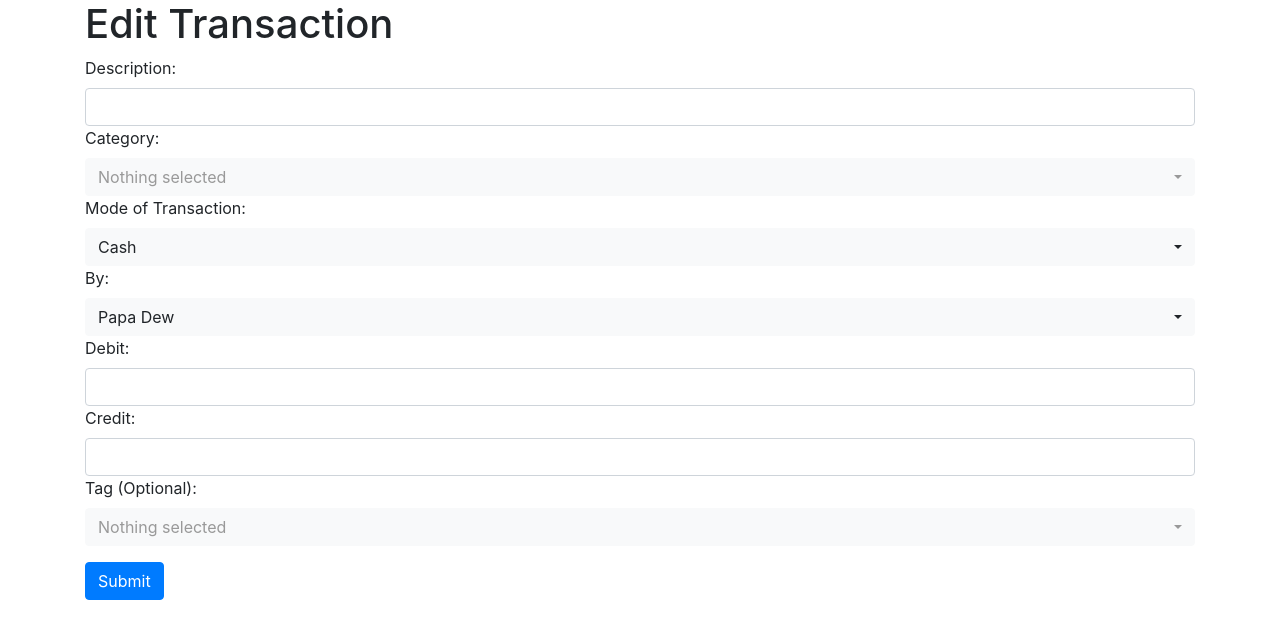
Repository: yucheng91/CI3-expenses-manager
Page: http://localhost/view-all/edit/1
The author's editor kept a record of every edit. The page is drawn from the files as they stood at one moment, then again after the next edit.
The browser window is 1280 px wide. The pictures show the whole page.
The page is served by the project's application, run on Flask 3 (app.py). The database holds what the project's SQL file puts in it.

Above is the page before.

### templates/edit_transaction.html
<!doctype html>
<html lang="en">

<head>
  <!-- Required meta tags -->
  <meta charset="utf-8">
  <meta name="viewport" content="width=device-width, initial-scale=1, shrink-to-fit=no">

  <!-- Bootstrap CSS -->
  <link rel="stylesheet" href="https://stackpath.bootstrapcdn.com/bootstrap/4.3.1/css/bootstrap.min.css" integrity="sha384-ggOyR0iXCbMQv3Xipma34MD+dH/1fQ784/j6cY/iJTQUOhcWr7x9JvoRxT2MZw1T" crossorigin="anonymous">
  <!-- Latest compiled and minified CSS -->
  <link rel="stylesheet" href="https://cdn.jsdelivr.net/npm/bootstrap-select@1.13.10/dist/css/bootstrap-select.min.css">

  <title>Hello, world!</title>
</head>

<body>
  <div class="container">
    <h1>Edit Transaction</h1>
    <form method='post'>
      <class='form-group'>
        <label class='label'>
                      Description:
                  </label>
        <input type='text' class='form-control' name='transaction' value="{{ transaction['description'] }}">
        <label class='label'>
                      Category:
                  </label>
        <select name='category' class='form-control selectpicker' data-live-search="true">
                          <option selected="{{ transaction['categoriesid'] }}"></option>
                          {%for d in categories%}
                          <option value='{{ d['id'] }}' {%if d['id'] == categoriesid %} selected='{{ transaction['categoriesid'] }}'{%endif%}>{{ d['name'] }}</option>
                               {%endfor%}
                      </select>
        <label class='label'>
                      Mode of Transaction:
                  </label>
        <select name='mode' class='form-control selectpicker' data-live-search="true" value="{{ transaction['modeid'] }}">
                  {%for d in mode %}
                  <option value='{{ d['id'] }}' {%if d['id'] == modeid %} selected='selected'{%endif%}>{{ d['name'] }}</option>
                       {%endfor%}
              </select>
        <label class='label'>
                      By:
                  </label>
        <select name='by' class='form-control selectpicker' data-live-search="true" value="{{ transaction['accountid'] }}">
                  {%for d in account %}
                  <option value='{{ d['id'] }}' {%if d['id'] == accountid %} selected='selected'{%endif%}>{{ d['name'] }}</option>
                       {%endfor%}
              </select>
        <label class='label'>
                      Debit:
                  </label>
        <input type='text' class='form-control' name='debit' value="{{ transaction['debit'] }}">
        </class>
        <label class='label'>
                      Credit:
                  </label>
        <input type='text' class='form-control' name='credit' value="{{ transaction['credit'] }}">
        </class>
                <label class='tag'>
                      Tag (Optional):
                  </label>
        <select name='tag' class='form-control selectpicker' Multiple data-live-search="true">
                  {%for d in tag %}
                  <option value='{{ d['id'] }}' {%if d['id'] == accountid %}selected='selected'{%endif%}>{{ d['name'] }}</option>
                       {%endfor%}
              </select>
        <input type='submit' class='btn btn-primary mt-3'>
    </form>
  </div>

  <!-- Optional JavaScript -->
  <!-- jQuery first, then Popper.js, then Bootstrap JS -->
  <script src="https://code.jquery.com/jquery-3.3.1.slim.min.js" integrity="sha384-q8i/X+965DzO0rT7abK41JStQIAqVgRVzpbzo5smXKp4YfRvH+8abtTE1Pi6jizo" crossorigin="anonymous"></script>
  <script src="https://cdnjs.cloudflare.com/ajax/libs/popper.js/1.14.7/umd/popper.min.js" integrity="sha384-UO2eT0CpHqdSJQ6hJty5KVphtPhzWj9WO1clHTMGa3JDZwrnQq4sF86dIHNDz0W1" crossorigin="anonymous"></script>
  <script src="https://stackpath.bootstrapcdn.com/bootstrap/4.3.1/js/bootstrap.min.js" integrity="sha384-JjSmVgyd0p3pXB1rRibZUAYoIIy6OrQ6VrjIEaFf/nJGzIxFDsf4x0xIM+B07jRM" crossorigin="anonymous"></script>
  <!-- Latest compiled and minified JavaScript -->
  <script src="https://cdn.jsdelivr.net/npm/bootstrap-select@1.13.10/dist/js/bootstrap-select.min.js"></script>
</body>

</html>

### app.py
from flask import Flask, render_template, request, redirect, url_for
import os
import pymysql

connection = pymysql.connect(
    host='localhost', # IP address of the database; localhost means "the local machine"
    user="yucheng91",  #the mysql user
    password="coconuty", #the password for the user
    database="expenses" #the name of database we want to use
)

#if PHP doesn't show, perform $ sudo apt-get install --reinstall libapache2-mod-php7.2

app = Flask(__name__)

@app.route('/home')
def home():
    return render_template('index.html')

@app.route('/view-all')
def viewall():
    cursor = connection.cursor(pymysql.cursors.DictCursor)
    sql = "SELECT * FROM transaction JOIN categories ON transaction.categoriesid = categories.id JOIN mode ON transaction.modeid = mode.id JOIN account on transaction.accountid = account.id"
    cursor.execute(sql)
    results = []
    for r in cursor:
         results.append(r)

    sql = "SELECT SUM(debit) AS totaldebit FROM transaction"
    cursor.execute(sql)
    totaldebit = cursor.fetchone()

    sql = "SELECT SUM(credit) AS totalcredit FROM transaction"
    cursor.execute(sql)
    totalcredit = cursor.fetchone()

    sql = "SELECT (SELECT SUM(debit) AS sumdebit FROM transaction) - (SELECT SUM(credit) AS sumcredit FROM transaction) AS balance FROM transaction"
    cursor.execute(sql)
    balance = cursor.fetchone()

    return render_template('transaction_overview.html', data=results, totaldebit = totaldebit, totalcredit = totalcredit,balance=balance)

@app.route('/new-transaction/', methods=["GET"])
def addtransaction():

    cursor = connection.cursor(pymysql.cursors.DictCursor)
    sql = "SELECT * FROM mode"
    # fetch all genres and store it in a list
    cursor.execute(sql)
    mode = []
    for r in cursor:
        mode.append({
            'id' : r['id'],
            'name': r['mname']
        })

    # fetch all media type and store it in a list
    sql = "SELECT * FROM categories"
    cursor.execute(sql)
    categories = []
    for r in cursor:
        categories.append({
            'id':r['id'],
            'name': r['cname']
        })

    # fetch all media type and store it in a list
    sql = "SELECT * FROM account"
    cursor.execute(sql)
    account = []
    for r in cursor:
        account.append({
            'id':r['id'],
            'name': r['aname']
        })

    sql = "SELECT * FROM tag"
    cursor.execute(sql)
    tag = []
    for r in cursor:
        tag.append({
            'id':r['id'],
            'name': r['tname']
        })

    return render_template('new_transaction.html', mode=mode, categories=categories, account=account, tag=tag)

@app.route('/new-transaction/', methods=["POST"])
def process_addtransaction():
    transaction_name = request.form.get("transaction")
    category_name = request.form.get("category")
    mode_name = request.form.get("mode")
    by_name = request.form.get("by")
    debit_name = request.form.get("debit")
    if request.form.get("debit") == "":
        debit_name = "0"

    credit_name = request.form.get("credit")
    if request.form.get("credit") == "":
        credit_name = "0"

    cursor = connection.cursor(pymysql.cursors.DictCursor)

    sql = "INSERT INTO transaction (description,categoriesid,modeid,accountid,debit,credit) VALUE (%s,%s,%s,%s,%s,%s)"
    cursor.execute(sql,[transaction_name,category_name,mode_name,by_name,debit_name,credit_name])

    transactionid = cursor.lastrowid
    tagid = request.form.getlist("tag")
    for t in tagid:
        sql = "INSERT INTO transactiontag (transactionid,tagid) VALUE (%s,%s)"
        cursor.execute(sql,[transactionid,t])

    connection.commit()
    return redirect(url_for('viewall'))

# Edit transaction
@app.route('/view-all/edit/<id>')
def edit_transaction(id):

    cursor = connection.cursor(pymysql.cursors.DictCursor)
    sql = "SELECT * FROM transaction JOIN transactiontag ON transaction.id = transactiontag.transactionid JOIN tag ON transactiontag.tagid = tag.id WHERE transaction.id = {}".format(id)
    cursor.execute(sql)
    transaction = cursor.fetchone()

    sql = "SELECT * FROM mode"
    # fetch all genres and store it in a list
    cursor.execute(sql)
    mode = []
    for r in cursor:
        mode.append({
            'id' : r['id'],
            'name': r['mname']
        })

    sql = "SELECT * FROM categories"
    cursor.execute(sql)
    categories = []
    for r in cursor:
        categories.append({
            'id':r['id'],
            'name': r['cname']
        })

    sql = "SELECT * FROM account"
    cursor.execute(sql)
    account = []
    for r in cursor:
        account.append({
            'id':r['id'],
            'name': r['aname']
        })

    sql = "SELECT * FROM tag"
    cursor.execute(sql)
    tag = []
    for r in cursor:
        tag.append({
            'id':r['id'],
            'name': r['tname']
        })

    return render_template('edit_transaction.html', transaction = transaction, mode=mode, categories=categories, account=account, tag=tag)

@app.route('/view-all/edit/<id>', methods=['POST'])
def update_transaction(id):
    transaction_name = request.form.get("transaction")
    category_name = request.form.get("category")
    mode_name = request.form.get("mode")
    by_name = request.form.get("by")
    debit_name = request.form.get("debit")
    if request.form.get("debit") == "":
        debit_name = "0"

    credit_name = request.form.get("credit")
    if request.form.get("credit") == "":
        credit_name = "0"

    cursor = connection.cursor(pymysql.cursors.DictCursor)

    cursor.execute("UPDATE transaction SET description = '{}',categoriesid = '{}',modeid = '{}',accountid = '{}',debit = '{}',credit = '{}' WHERE id = {}".format(transaction_name,category_name,mode_name,by_name,debit_name,credit_name,id))

    connection.commit()
    return redirect(url_for('viewall'))

# "magic code" -- boilerplate
if __name__ == '__main__':
    app.run(host=os.environ.get('IP'),
            port=int(os.environ.get('PORT')),
            debug=True)

### database.sql (the tables this page reads)
CREATE TABLE `account` (
  `id` int(3) NOT NULL AUTO_INCREMENT,
  `aname` varchar(55) NOT NULL,
  `description` text NOT NULL,
  `createdAt` timestamp NOT NULL DEFAULT CURRENT_TIMESTAMP ON UPDATE CURRENT_TIMESTAMP,
  PRIMARY KEY (`id`)
) ENGINE=InnoDB AUTO_INCREMENT=4 DEFAULT CHARSET=latin1;

INSERT INTO `account` VALUES (1,'Papa Dew','Father of Dew\'s Family','2019-08-02 04:35:32'),(2,'Mama Dew','Mother of Dew\'s Family','2019-08-02 04:56:52'),(3,'Brother Dew','Brother of Dew\'s Family','2019-08-02 04:56:30');

CREATE TABLE `categories` (
  `id` int(3) NOT NULL AUTO_INCREMENT,
  `cname` varchar(55) CHARACTER SET utf8 NOT NULL,
  `description` text NOT NULL,
  `createdAt` timestamp NOT NULL DEFAULT CURRENT_TIMESTAMP ON UPDATE CURRENT_TIMESTAMP,
  PRIMARY KEY (`id`)
) ENGINE=InnoDB AUTO_INCREMENT=10 DEFAULT CHARSET=latin1;

INSERT INTO `categories` VALUES (1,'Personal','Personal private expenses','2019-08-02 04:57:58'),(2,'House','Housing expenses','2019-08-02 04:57:58'),(3,'Food','Daily food expenses','2019-08-02 05:00:07'),(4,'Transport','Transportation expenses','2019-08-02 05:00:07'),(5,'Clothing','Clothing expenses','2019-08-02 05:00:07'),(6,'Fun','Entertainment expenses (such as movie, musical, theme park)','2019-08-02 05:00:07'),(7,'Family','Family expenses','2019-08-02 05:00:07'),(8,'Misc','For everything else','2019-08-02 05:00:07'),(9,'Income','Monthly income','2019-08-02 05:00:35');

CREATE TABLE `mode` (
  `id` int(3) NOT NULL AUTO_INCREMENT,
  `mname` varchar(55) NOT NULL,
  `createdAt` timestamp NOT NULL DEFAULT CURRENT_TIMESTAMP ON UPDATE CURRENT_TIMESTAMP,
  PRIMARY KEY (`id`)
) ENGINE=InnoDB AUTO_INCREMENT=7 DEFAULT CHARSET=latin1;

INSERT INTO `mode` VALUES (1,'Cash','2019-08-02 05:02:32'),(2,'Debit Card','2019-08-02 05:02:32'),(3,'Credit Card','2019-08-02 05:02:32'),(4,'Mobile (PayNow/Paylah)','2019-08-02 05:02:32'),(5,'Bank','2019-08-05 03:29:46'),(6,'Others','2019-08-26 08:38:17');

CREATE TABLE `tag` (
  `id` int(11) NOT NULL AUTO_INCREMENT,
  `tname` varchar(30) CHARACTER SET utf8 NOT NULL,
  PRIMARY KEY (`id`)
) ENGINE=InnoDB AUTO_INCREMENT=15 DEFAULT CHARSET=latin1;

INSERT INTO `tag` VALUES (1,'FairPrice '),(2,'Sheng Siong'),(3,'Giant'),(4,'Capitaland'),(5,'Insurance'),(6,'Taxi'),(7,'Restaurant'),(8,'Phone Bill'),(9,'Utilities Bill'),(10,'Grocery'),(11,'Airfare'),(12,'Hotel'),(13,'School'),(14,'Stationary');

CREATE TABLE `transaction` (
  `id` int(11) NOT NULL AUTO_INCREMENT,
  `description` text CHARACTER SET utf8 NOT NULL,
  `debit` decimal(11,2) DEFAULT '0.00',
  `credit` decimal(11,2) DEFAULT '0.00',
  `createdAt` timestamp NOT NULL DEFAULT CURRENT_TIMESTAMP ON UPDATE CURRENT_TIMESTAMP,
  `accountid` int(11) NOT NULL,
  `categoriesid` int(11) NOT NULL,
  `modeid` int(11) NOT NULL,
  PRIMARY KEY (`id`),
  KEY `accountid` (`accountid`),
  KEY `categoriesid` (`categoriesid`),
  KEY `modeid` (`modeid`),
  CONSTRAINT `transaction_ibfk_1` FOREIGN KEY (`accountid`) REFERENCES `account` (`id`),
  CONSTRAINT `transaction_ibfk_2` FOREIGN KEY (`categoriesid`) REFERENCES `categories` (`id`),
  CONSTRAINT `transaction_ibfk_3` FOREIGN KEY (`modeid`) REFERENCES `mode` (`id`)
) ENGINE=InnoDB AUTO_INCREMENT=19 DEFAULT CHARSET=latin1;

INSERT INTO `transaction` VALUES (1,'Code Institute : Income of the month July 2019',3500.00,0.00,'2019-08-22 07:41:18',1,9,1),(2,'SIM HQ Income of the Month : July 2019',3500.00,0.00,'2019-08-05 04:13:11',2,9,5),(3,'Taxi Taxi',0.00,40.00,'2019-08-23 05:56:58',1,4,3),(13,'Lunch Money for Brother\'s Dew school',0.00,40.00,'2019-08-20 08:15:28',1,3,1),(14,'RWS Day trip',0.00,154.00,'2019-08-20 08:17:02',2,7,3),(15,'New backpack',0.00,0.00,'2019-08-26 07:39:22',1,1,1),(16,'Test tag 1',0.00,10.00,'2019-08-27 06:24:42',1,1,1),(17,'test tag 2',0.00,20.00,'2019-08-27 06:24:58',1,1,1),(18,'test 1 + 2 ',0.00,0.00,'2019-08-27 06:55:37',2,7,3);

CREATE TABLE `transactiontag` (
  `id` int(11) NOT NULL AUTO_INCREMENT,
  `transactionid` int(11) DEFAULT NULL,
  `tagid` int(11) DEFAULT NULL,
  PRIMARY KEY (`id`),
  KEY `transactionid` (`transactionid`),
  KEY `tagid` (`tagid`),
  CONSTRAINT `transactiontag_ibfk_1` FOREIGN KEY (`transactionid`) REFERENCES `transaction` (`id`),
  CONSTRAINT `transactiontag_ibfk_2` FOREIGN KEY (`tagid`) REFERENCES `tag` (`id`)
) ENGINE=InnoDB AUTO_INCREMENT=12 DEFAULT CHARSET=latin1;

INSERT INTO `transactiontag` VALUES (6,16,1),(7,17,2),(8,18,1),(9,18,2),(10,3,4),(11,3,6);

After the next edit:
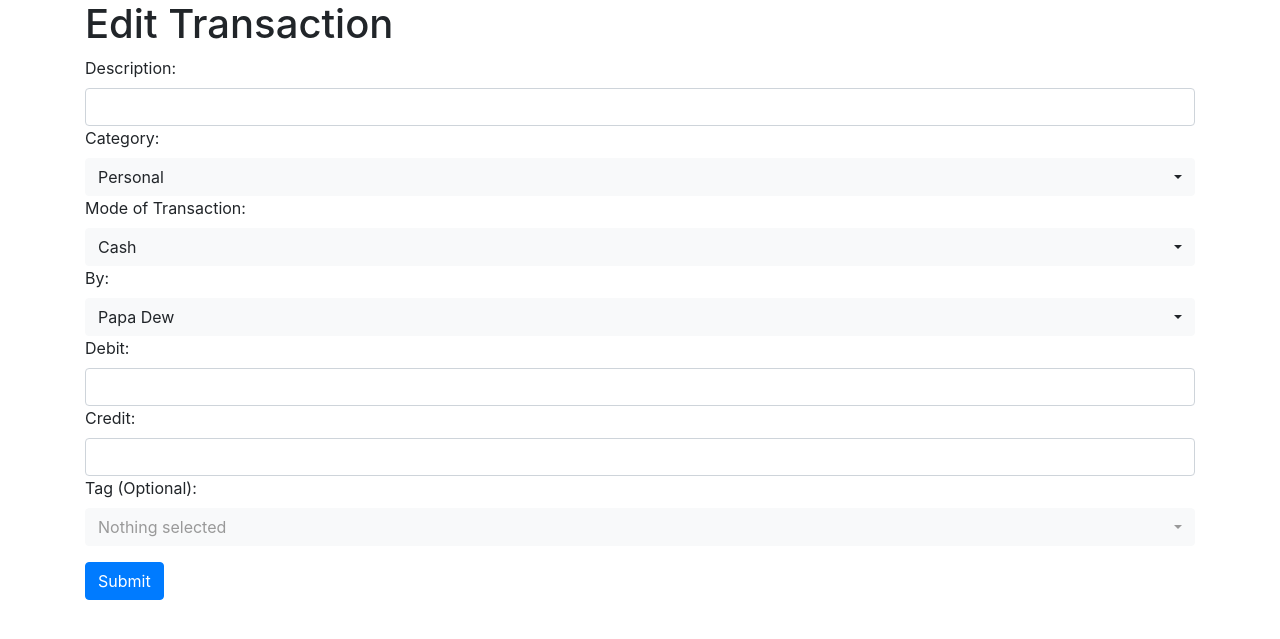
The edit:
--- a/templates/edit_transaction.html
+++ b/templates/edit_transaction.html
@@ -27,9 +27,8 @@
                       Category:
                   </label>
         <select name='category' class='form-control selectpicker' data-live-search="true">
-                          <option selected="{{ transaction['categoriesid'] }}"></option>
                           {%for d in categories%}
-                          <option value='{{ d['id'] }}' {%if d['id'] == categoriesid %} selected='{{ transaction['categoriesid'] }}'{%endif%}>{{ d['name'] }}</option>
+                          <option value='{{ d['id'] }}' {%if d['id'] == transaction.categoriesid %} selected='selected'{%endif%}>{{ d['name'] }}</option>
                                {%endfor%}
                       </select>
         <label class='label'>
